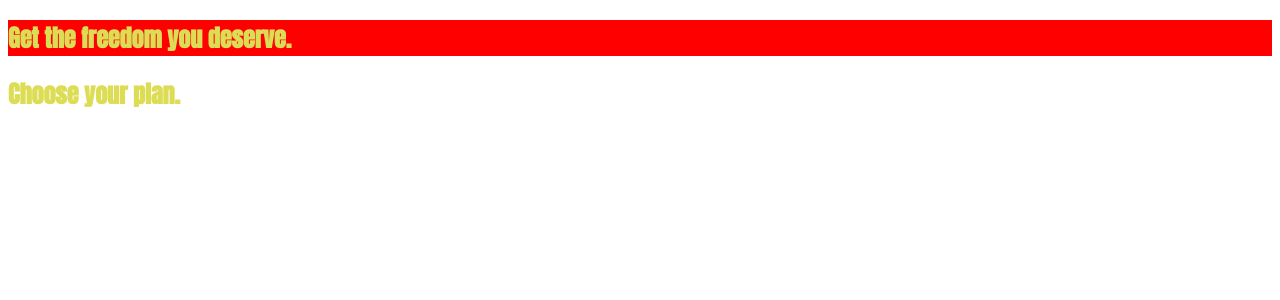
Repository: CH96SHREYA/css
Page: Lecture 1/index.html
An editor plug-in stored every save of this project. The page is shown before and after a run of saves, followed by the edit.
The browser window is 1280 px wide. The pictures show the whole page.

Above is the page before, as saved 2021-09-27 08:19:10.

### Lecture 1/index.html
<!DOCTYPE html>
<html lang="en">
  <head>
    <meta charset="UTF-8" />
    <meta http-equiv="X-UA-Compatible" content="ie=edge" />
    <title>uHost</title>
    <link rel="shortcut icon" href="favicon.png" />
    <link rel="preconnect" href="https://fonts.googleapis.com" />
    <link rel="preconnect" href="https://fonts.gstatic.com" crossorigin />
    <link
      href="https://fonts.googleapis.com/css2?family=Anton&display=swap"
      rel="stylesheet"
    />
    <link rel="stylesheet" href="styles.css" />
  </head>

  <body>
    <main>
      <section id="product-overview">
        <h1 class="section-title">Get the freedom you deserve.</h1>
      </section>
      <section id="plans">
        <h1 class="section-title">Choose your plan.</h1>
      </section>
    </main>
  </body>
</html>

### Lecture 1/styles.css
#product-overview{
    background-color:red;
}
.section-title{
    color: #dd5;
}
h1{
    color:white;
    font-family: 'Anton', sans-serif;
}

After the next 2 saves:
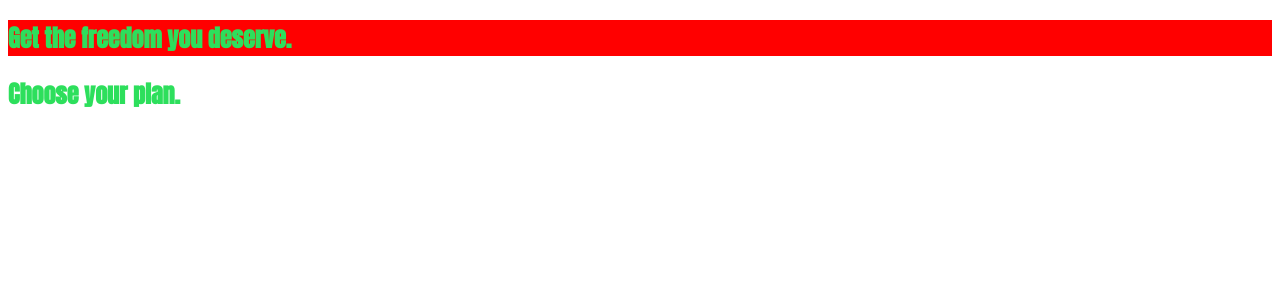
The 2 saves are shown as one change because they came seconds apart.
The last was saved 13 s later.
--- a/Lecture 1/styles.css
+++ b/Lecture 1/styles.css
@@ -2,7 +2,7 @@
     background-color:red;
 }
 .section-title{
-    color: #dd5;
+    color: #2ddf5c;
 }
 h1{
     color:white;
